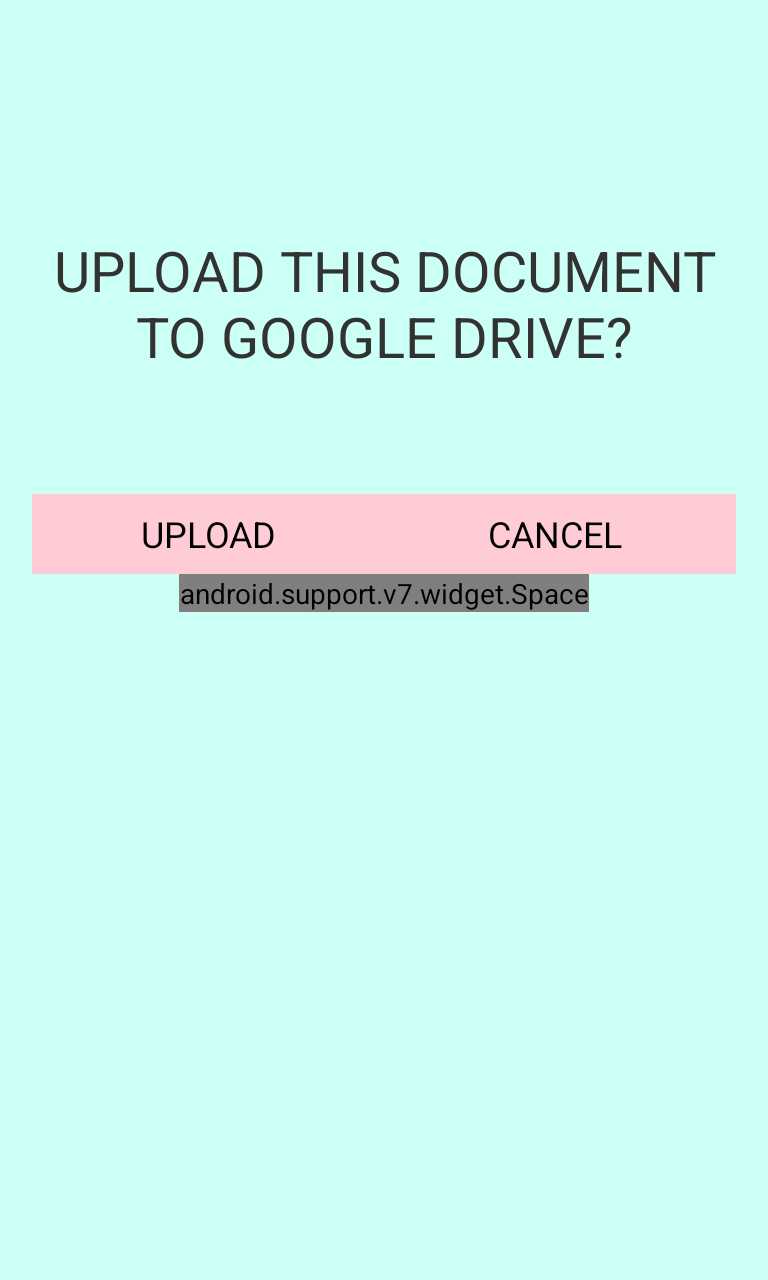
Repository: nick11roberts/Moka-Scanr
Layout: Document Uploader/res/layout/activity_preview.xml
An editor plug-in stored every save of this project. The layout is shown before and after the next save, followed by the edit.
Pictures or frames that could not be fetched are drawn as grey boxes. It is drawn on a 768 x 1280 px phone screen (xhdpi) without system bars, with theme android:Theme.Holo.Light.NoActionBar; the app's code is not run. The app's manifest (not shown) leaves right-to-left support off. So textAlignment, textDirection and layoutDirection are ignored, and left and right values win over start and end ones.

Above is the layout before, as saved 2014-05-31 00:46:38.

After the next save:
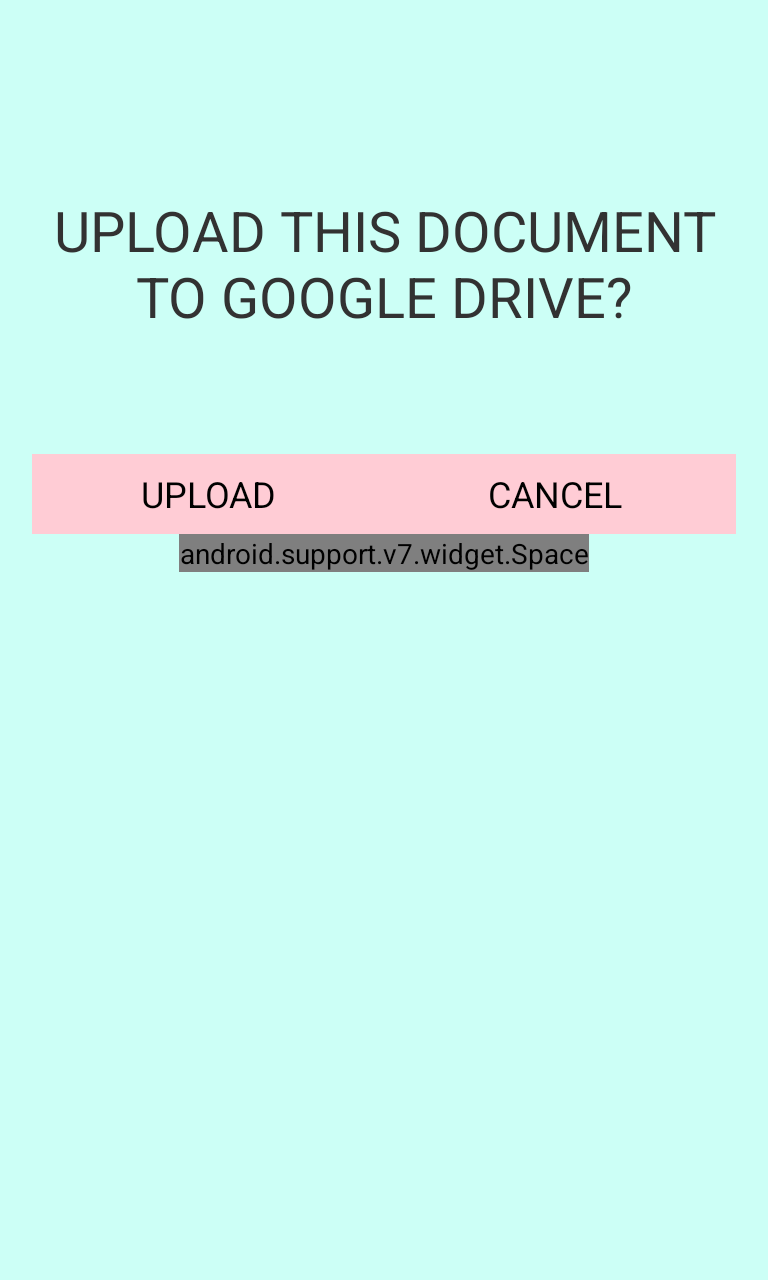
Saved 8 s later.
--- a/Document Uploader/res/layout/activity_preview.xml
+++ b/Document Uploader/res/layout/activity_preview.xml
@@ -16,7 +16,7 @@
         android:layout_width="wrap_content"
         android:layout_height="wrap_content"
         android:paddingBottom="60dp"
-        android:paddingTop="100dp"
+        android:paddingTop="80dp"
         android:text="@string/preview_heading"
         android:textAlignment="center"
         android:gravity="center"
